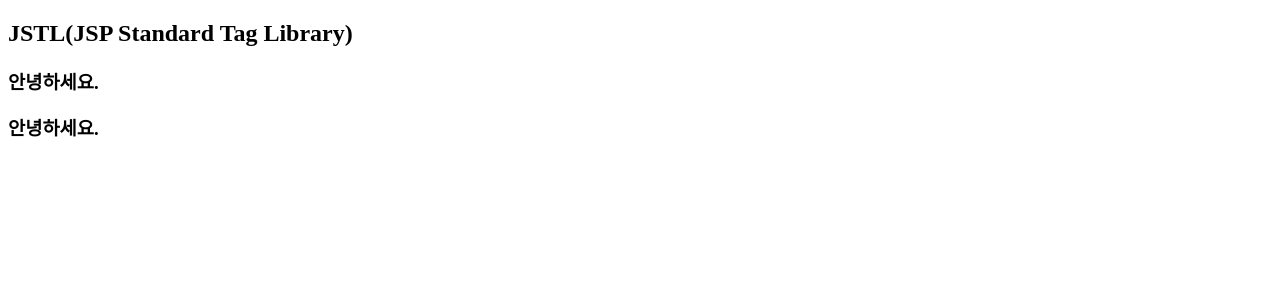
Repository: daehyuk1231/lect_labs_java
Page: http://localhost/java_web/jstl.jsp
The author's editor kept a copy of each file at every save. The page is drawn from the files as they stood at one save, then again after a run of saves.
The browser window is 1280 px wide. The pictures show the whole page.
The page is served by Tomcat 10.

Above is the page before, as saved 2025-08-14 08:25:32.

After the next 2 saves:
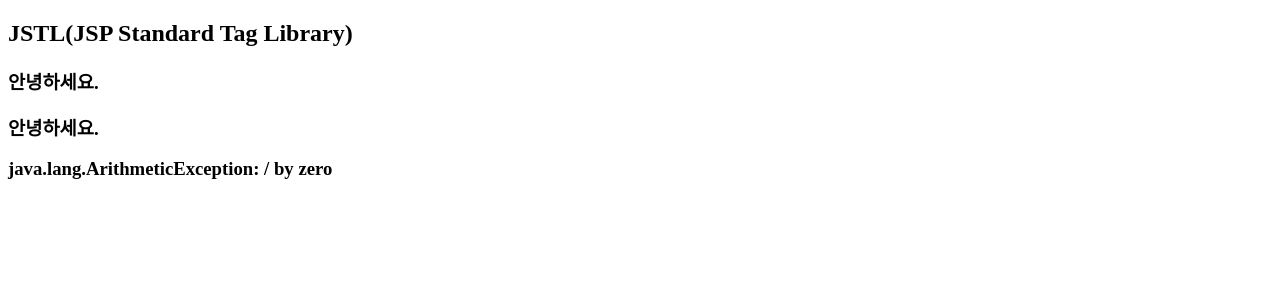
The 2 saves are shown as one change because they came seconds apart.
The last was saved 5 min 41 s later.
--- a/java_web/src/main/webapp/jstl.jsp
+++ b/java_web/src/main/webapp/jstl.jsp
@@ -5,23 +5,30 @@
 <%@ taglib prefix="fn" uri="jakarta.tags.functions"%>
 <!DOCTYPE html>
 <html>
-	<head>
-		<meta charset="UTF-8">
-		<title>Insert title here</title>
-	</head>
-	<body>
-		<h2>JSTL(JSP Standard Tag Library)</h2>
+<head>
+<meta charset="UTF-8">
+<title>Insert title here</title>
+</head>
+<body>
+	<h2>JSTL(JSP Standard Tag Library)</h2>
 
-		<%-- 변수 --%>
-		<c:set var="msg" value="안녕하세요."/>
-		<h3>${msg }</h3>
-		<h3><c:out value="${msg }"/></h3>
-		<c:remove var="msg"/>
+	<%-- 변수 --%>
+	<c:set var="msg" value="안녕하세요." />
+	<h3>${msg }</h3>
+	<h3>
+		<c:out value="${msg }" />
+	</h3>
+	<c:remove var="msg" />
 
-		<c:catch var="ex">
+	<c:catch var="ex">
 		<%
-			int c = 1/0;
+		int c = 1 / 0;
 		%>
-		</c:catch>
-	</body>
+	</c:catch>
+	<h3>${ex }</h3>
+
+	<c:set var="a" value="1" />
+	<c:if test="${a>0 }">
+	</c:if>
+</body>
 </html>
